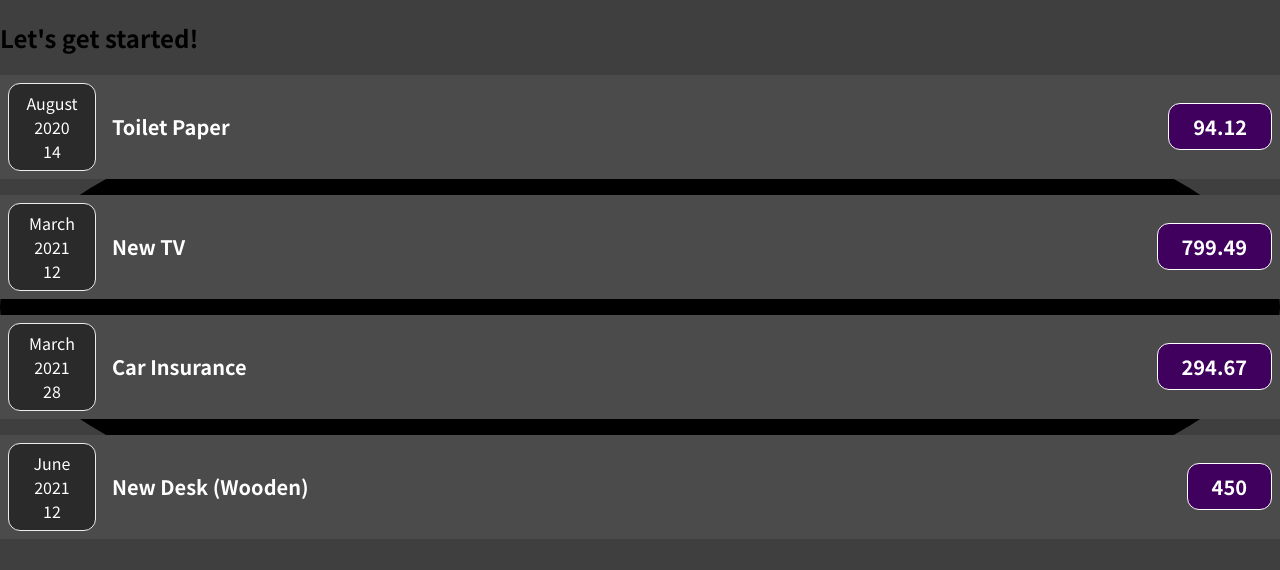
Repository: kowalkos/react-course-first
Page: /
An editor plug-in stored every save of this project. The page is shown before and after the next save, followed by the edit.
The browser window is 1280 px wide. The pictures show the whole page.
The project was rebuilt for these pictures with package versions that can differ from the ones it lists, and the page was loaded fresh each time.

Above is the page before, as saved 2021-11-27 18:01:32.

### src/App.js
import Expenses from "./components/Expenses";
function App() {
  const expenses = [
    {
      id: "e1",
      title: "Toilet Paper",
      amount: 94.12,
      date: new Date(2020, 7, 14),
    },
    { id: "e2", title: "New TV", amount: 799.49, date: new Date(2021, 2, 12) },
    {
      id: "e3",
      title: "Car Insurance",
      amount: 294.67,
      date: new Date(2021, 2, 28),
    },
    {
      id: "e4",
      title: "New Desk (Wooden)",
      amount: 450,
      date: new Date(2021, 5, 12),
    },
  ];
  return (
    <div>
      <h2>Let's get started!</h2>
      <Expenses data={expenses} />
    </div>
  );
}

export default App;

### src/components/Expenses.js
import ExpenseItem from "./ExpenseItem";
import "./Expenses.css";
function Expenses(props) {
  return (
    <div className="expenses">
      {props.data.map((item) => (
        <ExpenseItem title={item.title} date={item.date} amount={item.amount} />
      ))}
    </div>
  );
}
export default Expenses;

### src/components/ExpenseItem.js
import "./ExpenseItem.css";
import ExpenseDate from "./ExpenseDate";
function ExpenseItem(props) {
  return (
    <div className="expense-item">
      <ExpenseDate date={props.date}/>
      <div className="expense-item__description">
        <h2>{props.title}</h2>
        <div className="expense-item__price">{props.amount}</div>
      </div>
    </div>
  );
}
export default ExpenseItem;

### src/components/Expenses.css
.expenses{
    background-color: black;
    border-radius: 50%;
}

### src/components/Expenses/ExpenseItem.css
.expense-item {
    display: flex;
    justify-content: space-between;
    align-items: center;
    padding: 0.5rem;
    margin: 1rem 0;
    background-color: #4b4b4b;
  }

  .expense-item__description {
    display: flex;
    flex-direction: column;
    gap: 1rem;
    align-items: flex-end;
    flex-flow: column-reverse;
    justify-content: flex-start;
    flex: 1;
  }

  .expense-item h2 {
    color: #3a3a3a;
    font-size: 1rem;
    flex: 1;
    margin: 0 1rem;
    color: white;
  }

  .expense-item__price {
    font-size: 1rem;
    font-weight: bold;
    color: white;
    background-color: #40005d;
    border: 1px solid white;
    padding: 0.5rem;
    border-radius: 12px;
  }

  @media (min-width: 580px) {
    .expense-item__description {
      flex-direction: row;
      align-items: center;
      justify-content: flex-start;
      flex: 1;
    }

    .expense-item__description h2 {
      font-size: 1.25rem;
    }

    .expense-item__price {
      font-size: 1.25rem;
      padding: 0.5rem 1.5rem;
    }
  }

### src/components/ExpenseDate.js
import './ExpenseDate.css';
function ExpenseDate(props) {
  const month = props.date.toLocaleString("en-US", { month: "long" });
  const day = props.date.toLocaleString("en-US", { day: "2-digit" });
  const year = props.date.getFullYear();
  return (
    <div className="expense-date">
      <div className="expense-date-month">{month}</div>
      <div className="expense-date-year">{year}</div>
      <div className="expense-date-day">{day}</div>
    </div>
  );
}
export default ExpenseDate;

Loaded but not shown: public/index.html (common file); src/index.js (common file); src/index.css (common file); src/reportWebVitals.js (common file); src/components/ExpenseDate.css (common file)

After the next save:
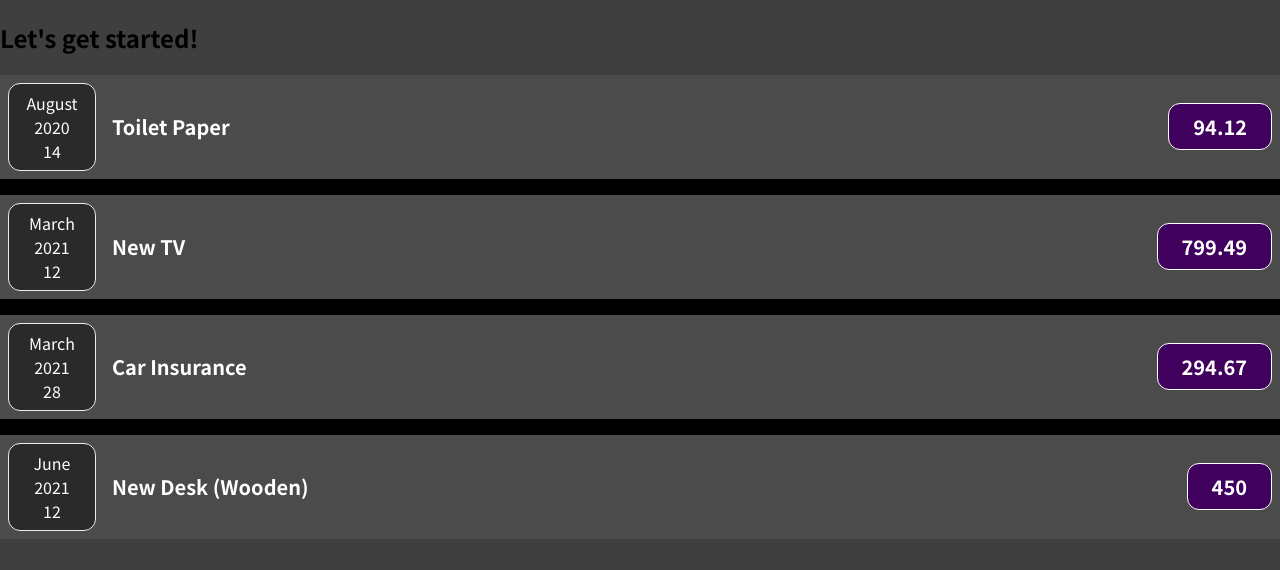
Saved 27 s later.
--- a/src/components/Expenses.css
+++ b/src/components/Expenses.css
@@ -1,4 +1,4 @@
 .expenses{
     background-color: black;
-    border-radius: 50%;
+    border-radius: 5px;
 }
